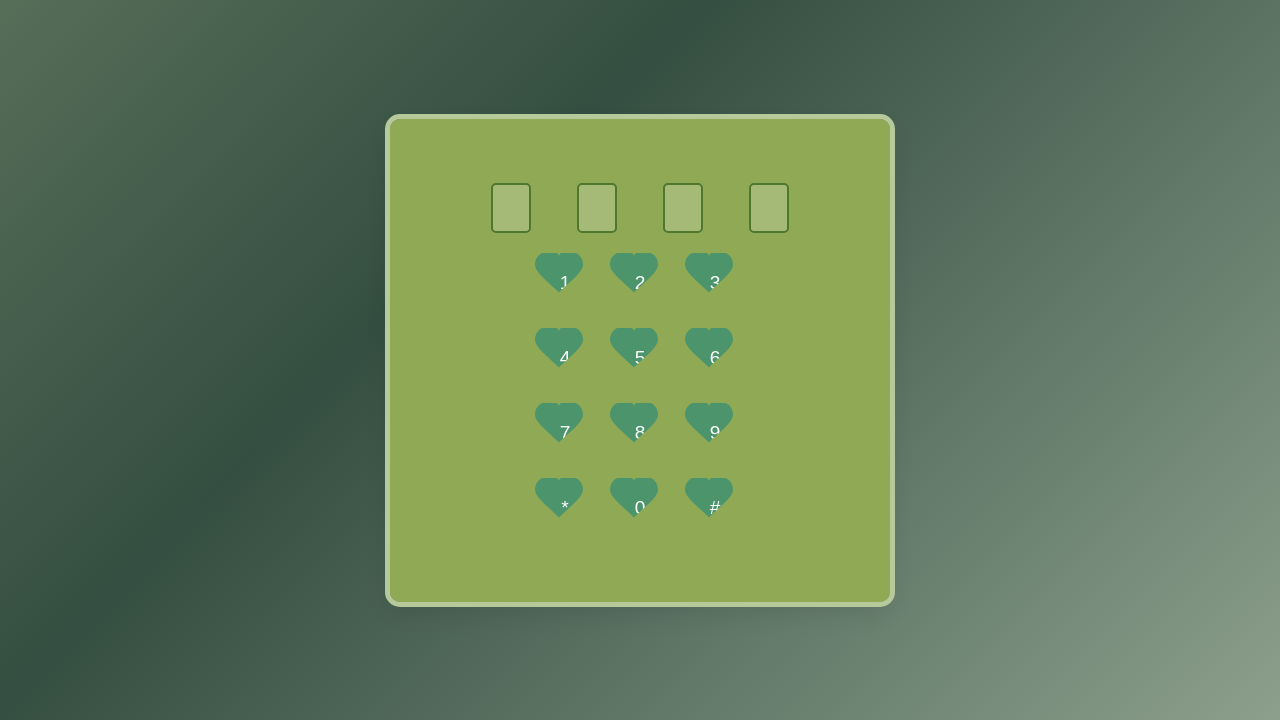
Repository: jahatesu/project-cutie
Page: index.html
An editor plug-in stored every save of this project. The page is shown before and after the next save, followed by the edit.
The browser window is 1280 px wide. The pictures show the whole page.
Some web libraries are served in a nearby version.

Above is the page before, as saved 2025-08-14 21:06:40.
Console error: TypeError: Cannot read properties of null (reading 'getBoundingClientRect')

After the next save:
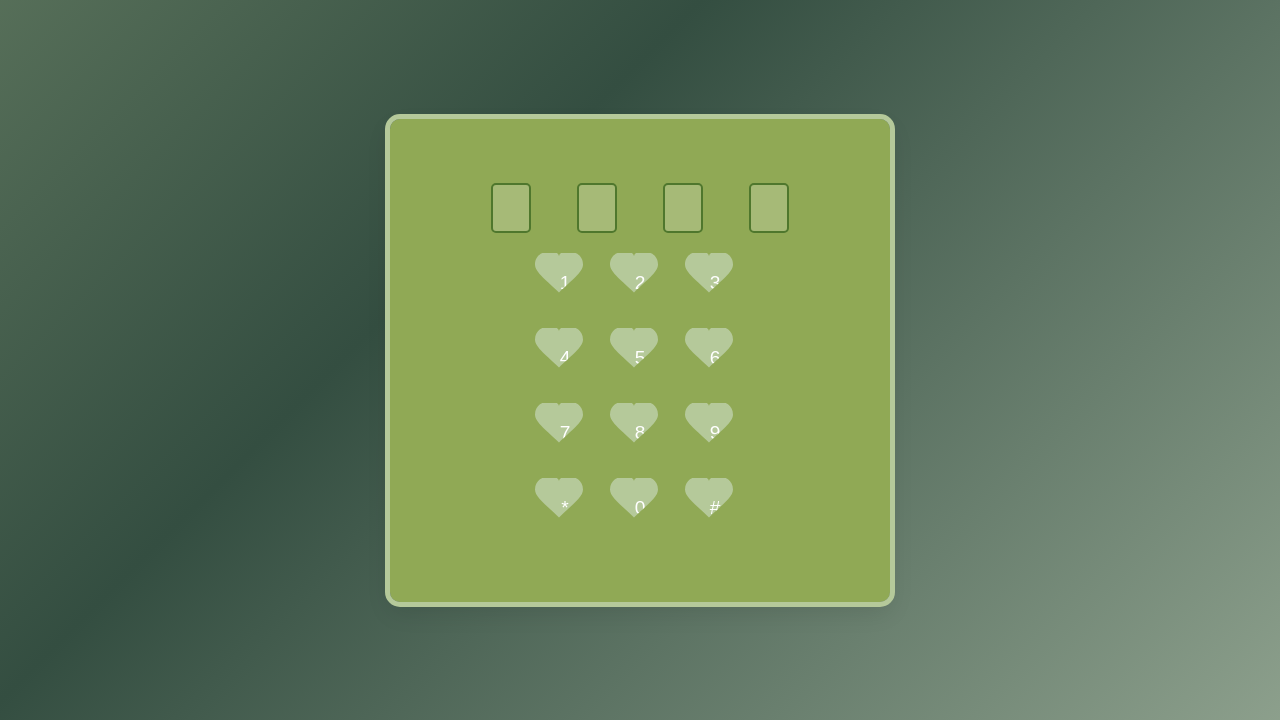
Saved 74 s later.
--- a/style.css
+++ b/style.css
@@ -86,7 +86,7 @@ body {
   color: white;
   border: none;
   cursor: pointer;
-  background: #4c956c;
+  background: #b5c99a;
   clip-path: path("M24 4 C24 -4, 0 -4, 0 12 C0 20, 12 28, 24 40 C36 28, 48 20, 48 12 C48 -4, 24 -4, 24 4 Z");
 }
 
